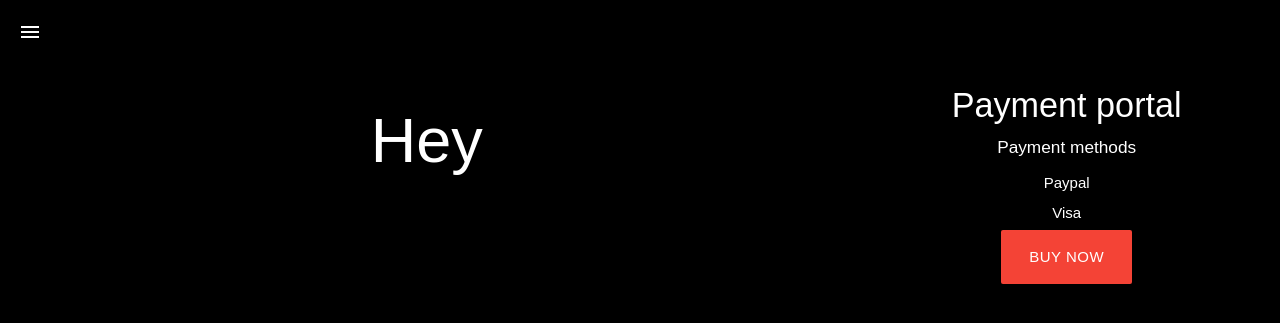
Repository: Ajtheult/final-project
Page: /cart
The author's editor kept a copy of each file at every save. The page is drawn from the files as they stood at one save, then again after the next save.
The browser window is 1280 px wide. The pictures show the whole page.
Some web fonts or font styles are not loaded; a fallback is used. Some web libraries are served in a nearby version. The project was rebuilt for these pictures with package versions that can differ from the ones it lists, and the page was loaded fresh each time. Also part of the build but not shown: src/layout/pages/LandingPage.js, src/layout/pages/About.js, src/layout/pages/catalogue/Keys.js, src/layout/pages/catalogue/String.js, src/layout/pages/catalogue/Woodwind.js, src/layout/pages/catalogue/Percussion.js, src/layout/pages/login/Login.js, src/layout/pages/login/NewSignUp.js.

Above is the page before, as saved 2020-07-23 10:41:03.

### public/index.html
<!DOCTYPE html>
<html lang="en">
  <head>
    <meta charset="utf-8" />
    <link rel="icon" type="image/png" href="favicon.png" />
    <meta name="viewport" content="width=device-width, initial-scale=1" />
    <meta name="theme-color" content="#000000" />
    <meta
      name="description"
      content="Web site created using create-react-app"
    />

    <link rel="manifest" href="%PUBLIC_URL%/manifest.json" />

    <link
      rel="stylesheet"
      href="https://fonts.googleapis.com/icon?family=Material+Icons"
    />
    <link
      rel="stylesheet"
      href="https://cdnjs.cloudflare.com/ajax/libs/animate.css/4.0.0/animate.min.css"
    />
    <link
      href="https://fonts.googleapis.com/css2?family=Gruppo&family=Qwigley&display=swap"
      rel="stylesheet"
    />

    <title>Ling Ling 40 Hours</title>
  </head>
  <body>
    <noscript>You need to enable JavaScript to run this app.</noscript>
    <div id="root"></div>
  </body>
</html>

### src/index.js
import React from "react";
import ReactDOM from "react-dom";

import "materialize-css/dist/css/materialize.min.css";

import App from "./App";

ReactDOM.render(
  <React.StrictMode>
    <App />
  </React.StrictMode>,
  document.getElementById("root")
);

### src/App.js
import React from "react";
import "./App.css";
import Navbar from "./layout/nav/Navbar";
import LandingPage from "./layout/pages/LandingPage";
import About from "./layout/pages/About";
import Keys from "./layout/pages/catalogue/Keys";
import String from "./layout/pages/catalogue/String";
import Woodwind from "./layout/pages/catalogue/Woodwind";
import Percussion from "./layout/pages/catalogue/Percussion";
import Login from "./layout/pages/login/Login";
import Cart from "./layout/pages/Cart";
import NewSignUp from "./layout/pages/login/NewSignUp";

import { BrowserRouter as Router, Switch, Route } from "react-router-dom";

function App() {
  return (
    <Router>
      <div className="App">
        <Navbar />
        <Switch>
          <Route path="/" exact component={LandingPage} />
          <Route path="/about" component={About} />
          <Route path="/login" component={Login} />
          <Route path="/cart" component={Cart} />
          <Route path="/keys" component={Keys} />
          <Route path="/string" component={String} />
          <Route path="/woodwind" component={Woodwind} />
          <Route path="/percussion" component={Percussion} />
          <Route path="/new-sign-up" component={NewSignUp} />
        </Switch>
      </div>
    </Router>
  );
}

export default App;

### src/App.css
.App {
  text-align: center;
}

/* The text colour is white thats why its not showing */

.text-nav {
  margin-left: 55%;
  font-size: 25px;
}

.a-text-nav {
  font-size: 25px;
}

.size {
  font-size: 30px;
}

img.bg {
  /* Set rules to fill background */
  min-height: 100%;
  min-width: 1024px;

  /* Set up proportionate scaling */
  width: 100%;
  height: auto;

  /* Set up positioning */
  position: fixed;
  top: 0;
  left: 0;
  z-index: -1;
}

div.admin-bg {
  /* Set rules to fill background */
  min-height: 100%;
  min-width: 1024px;

  /* Set up proportionate scaling */
  width: 100%;
  height: auto;

  /* Set up positioning */
  position: fixed;
  top: 0;
  left: 0;
  z-index: -1;
  background-color: black;
}

@media screen and (max-width: 1024px) {
  /* Specific to this particular image */
  img.bg {
    left: 50%;
    margin-left: -512px; /* 50% */
  }

  div.admin-bg {
    left: 50%;
    margin-left: -512px; /* 50% */
  }
}

h1,
h2,
h3,
h4,
h5,
h6,
p {
  color: white;
}

.myback {
  height: 220px;
  width: 300px;
}

.centered {
  position: absolute;
  top: 40%;
  left: 50%;
  transform: translate(-50%, -50%);
  font-size: 140px;
  font-family: "Qwigley", cursive;
  color: rgb(255, 255, 255);
}
/* Login-Start */
body {
  font-family: sans-serif;
  background-color: black;
  background-size: cover;
}

.sign {
  text-align: left;
  margin-left: 20px;
  font-size: 22px;
  font-family: serif;
  color: black;
}
.my_login-box {
  width: 300px;
  position: absolute;
  top: 50%;
  left: 50%;
  transform: translate(-50%, -50%);
}

.my_login-box h1 {
  font-size: 30px;
  margin-bottom: 30px;
  padding: 5px;
  font-family: Times, serif;
  color: black;
}

.my_textbox {
  width: 100%;
  overflow: hidden;
  font-size: 20px;
  padding: 8px;
  margin: 8px;
}

.my_textbox input {
  border: none;
  outline: none;
  background: none;
  color: white;
  font-size: 18px;
  width: 80%;
  float: left;
  margin: 0 10px;
}

.my_btn {
  width: 100%;
  background-color: black;
  border: 10px solid black;
  color: rgb(255, 255, 255);
  padding: 5px;
  font-size: 18px;
  cursor: pointer;
  margin: 12px;
}
/* Login-End */

.colour_of_about_text {
  color: white;
  font-size: 30px;
}

.text-colour {
  color: black;
}

.move_down {
  margin-top: 50%;
}

.card_text_colour {
  color: black;
  font-size: 18px;
  text-align: left;
}

.price {
  margin-top: -10px;
  text-align: left;
}

.cart-btn {
  margin-top: 10px;
}

.headings_popup {
  text-align: left;
}

.instrument_sections {
  color: black;
  font-family: "Qwigley", cursive;
  font-size: 80px;
  margin-top: -5px;
  text-shadow: 2px 0 0 #fff, -2px 0 0 #fff, 0 2px 0 #fff, 0 -2px 0 #fff,
    1px 1px #fff, -1px -1px 0 #fff, 1px -1px 0 #fff, -1px 1px 0 #fff;
}

.about {
  font-family: "Qwigley", cursive;
  font-size: 180px;
  color: black;
  text-shadow: 2px 0 0 #fff, -2px 0 0 #fff, 0 2px 0 #fff, 0 -2px 0 #fff,
    1px 1px #fff, -1px -1px 0 #fff, 1px -1px 0 #fff, -1px 1px 0 #fff;
}

.questions {
  font-family: "Gruppo", cursive;
}

.move_this_up {
  margin-top: -10px;
}

.move_my_products {
  margin-top: -70px;
}

.about_us_move {
  margin-left: 50%;
  margin-top: 19%;
  position: absolute;
  padding: 20px;
  transform: translate(-50%, -50%);
}

.gender_colour {
  color: black;
}

.the_container {
  width: 50%;
}

.move_this_row {
  margin-top: -80px;
}

.sign_up_head {
  font-family: "Qwigley", cursive;
  font-size: 100px;
  color: black;
  text-shadow: 2px 0 0 #fff, -2px 0 0 #fff, 0 2px 0 #fff, 0 -2px 0 #fff,
    1px 1px #fff, -1px -1px 0 #fff, 1px -1px 0 #fff, -1px 1px 0 #fff;
}

.move_payment_up {
  line-height: 5px;
}

### src/layout/nav/Navbar.js
/* eslint-disable jsx-a11y/anchor-is-valid */
import React, { Component } from "react";
import M from "materialize-css/dist/js/materialize.min.js";
import "../../App.css";
import logo from "./logo.jpg";
import mybackground from "./mybackground.jpg";
import { Link } from "react-router-dom";

export class Navbar extends Component {
  componentDidMount() {
    document.addEventListener("DOMContentLoaded", function () {
      var elems = document.querySelectorAll(".sidenav");
      // eslint-disable-next-line
      var instances = M.Sidenav.init(elems, {});
    });
  }

  render() {
    return (
      <div>
        <nav>
          <div className="nav-wrapper black">
            <a
              data-target="slide-out"
              className="sidenav-trigger show-on-large"
            >
              <i className="material-icons">menu</i>
            </a>
          </div>
        </nav>
        <ul id="slide-out" className="sidenav">
          <li>
            <div className="user-view">
              <div className="background">
                <img src={mybackground} className="myback" alt="background" />
              </div>
              <a href="/">
                <img className="circle" src={logo} alt="logo" />
              </a>

              <span className="white-text name size">40 hours</span>
              <br />
            </div>
          </li>
          <Link to="/">
            <li>Home</li>
          </Link>
          <Link to="/about">
            <li>About Us</li>
          </Link>
          <li>
            <div className="divider"></div>
          </li>

          <li>
            <div className="subheader">User</div>
          </li>

          <Link to="/login">
            <li>Login</li>
          </Link>
          <Link to="/new-sign-up">
            <li>Sign up</li>
          </Link>

          <Link to="/cart">
            <li>Cart</li>
          </Link>
          <li>
            <div className="divider"></div>
          </li>

          <li>
            <div className="subheader">Catalogue</div>
          </li>

          <Link to="/keys">
            <li>Keys</li>
          </Link>
          <Link to="/string">
            <li>String</li>
          </Link>
          <Link to="/woodwind">
            <li>Woodwind</li>
          </Link>
          <Link to="/percussion">
            <li>Percussion</li>
          </Link>
          <li>
            <div className="divider"></div>
          </li>
          <li>
            <div className="subheader">My Portfolio</div>
          </li>
          <li>
            <a
              className="waves-effect"
              href="https://ajtheult.github.io/portfolio-v3/"
            >
              Asaph Franks
            </a>
          </li>
        </ul>
      </div>
    );
  }
}

export default Navbar;

### src/layout/pages/Cart.js
import React from "react";
import "../../App.css";

const Cart = () => {
  return (
    <div>
      <div class="row">
        <div class="col s8">
          <h1>Hey</h1>
        </div>

        <div class="col s4">
          <h4>Payment portal</h4>
          <h6>Payment methods</h6>
          <p className="">Paypal</p>
          <p className="move_payment_up">Visa</p>
          <a class="waves-effect waves-light btn-large red" href="#h">
            Buy now
          </a>
        </div>
      </div>
    </div>
  );
};

export default Cart;

After the next save:
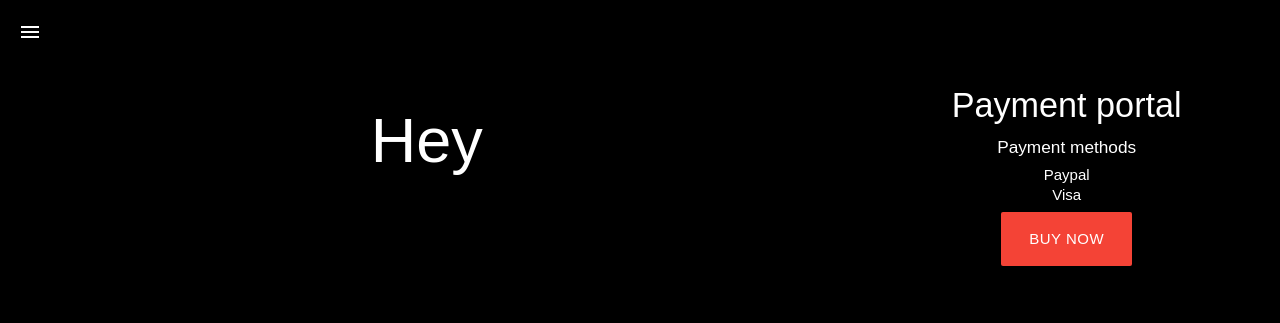
Saved 16 s later.
--- a/src/layout/pages/Cart.js
+++ b/src/layout/pages/Cart.js
@@ -12,7 +12,7 @@ const Cart = () => {
         <div class="col s4">
           <h4>Payment portal</h4>
           <h6>Payment methods</h6>
-          <p className="">Paypal</p>
+          <p className="move_payment_up">Paypal</p>
           <p className="move_payment_up">Visa</p>
           <a class="waves-effect waves-light btn-large red" href="#h">
             Buy now
